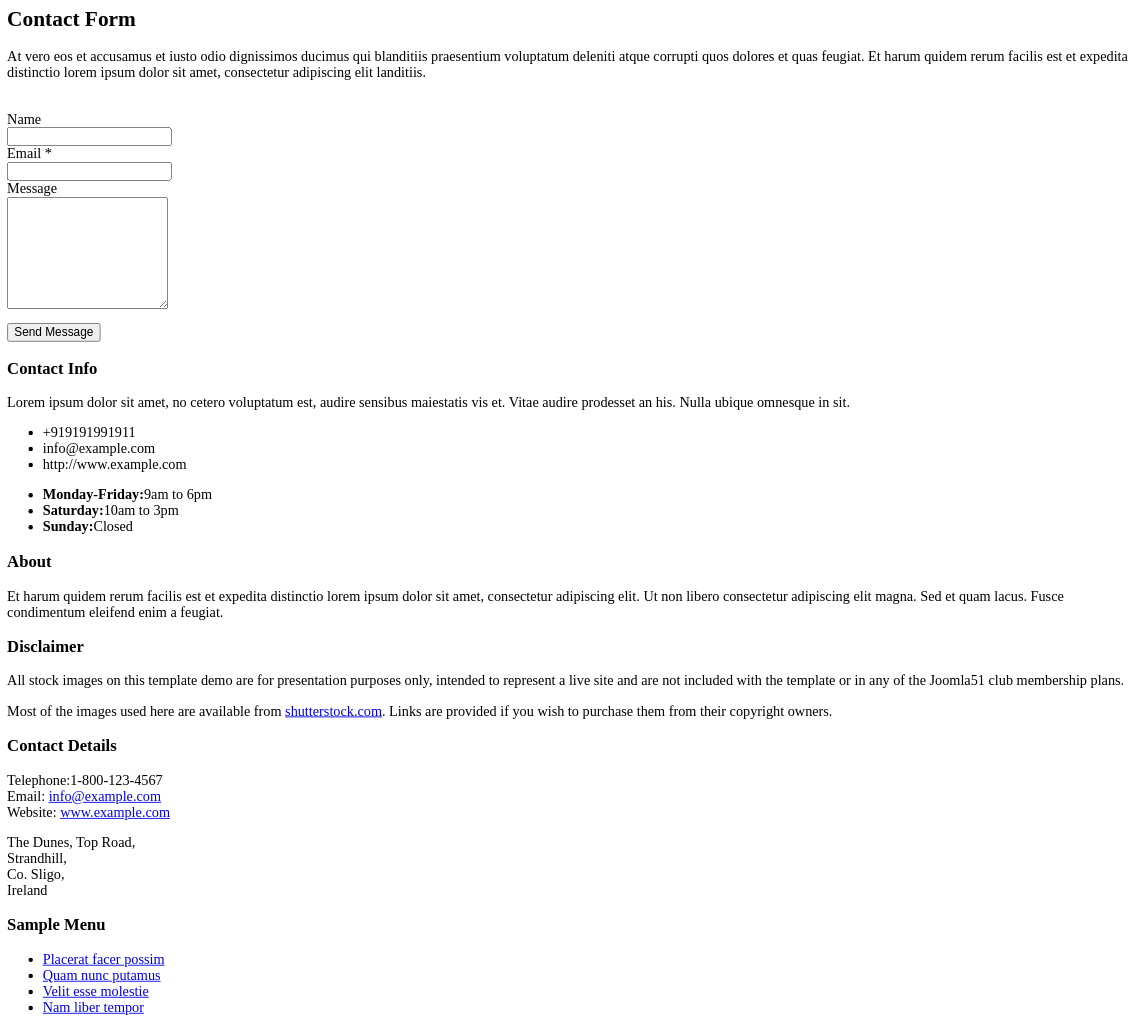
Repository: sanjeevkdp/workspace
Page: http://localhost/WebProject/WEB-INF/views/contact.jsp
The author's editor kept a copy of each file at every save. The page is drawn from the files as they stood at one save, then again after the next save.
The browser window is 1280 px wide. The pictures show the whole page, at 89% of full size.
The page is served by Tomcat 9. Nobody is signed in. The template is opened directly, without the code that normally fills it, so the values that code supplies are empty.

Above is the page before, as saved 2016-08-20 04:47:13.

After the next save:
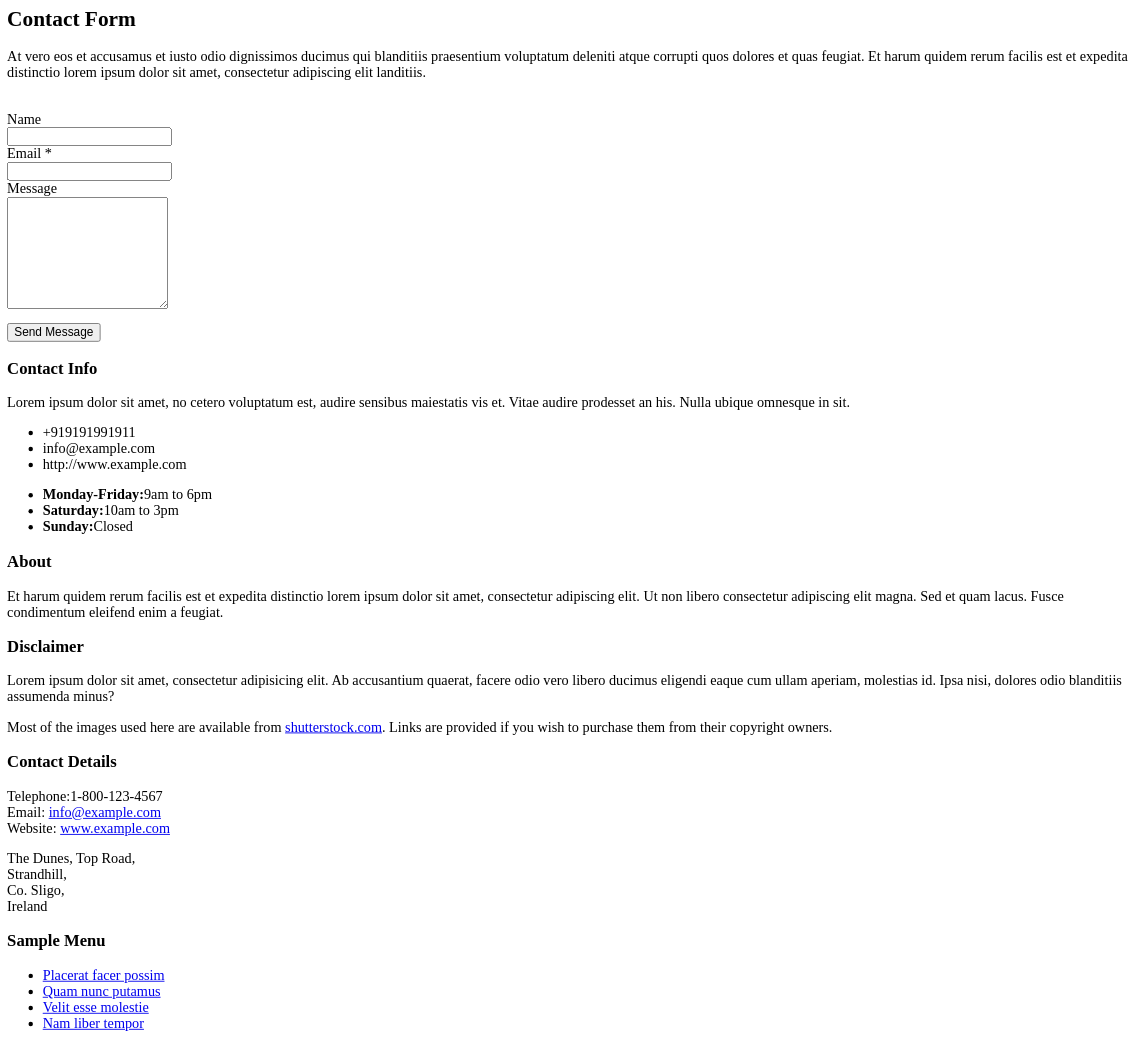
Saved 116 s later.
--- a/workspace/org.eclipse.wst.server.core/tmp0/wtpwebapps/WebProjectFrontEnd/META-INF/maven/com.niit/WebProject/src/main/webapp/WEB-INF/views/contact.jsp
+++ b/workspace/org.eclipse.wst.server.core/tmp0/wtpwebapps/WebProjectFrontEnd/META-INF/maven/com.niit/WebProject/src/main/webapp/WEB-INF/views/contact.jsp
@@ -95,8 +95,7 @@
                         <!-- Disclaimer -->
                         <div class="col-md-4">
                             <h3 class="class margin-bottom-10">Disclaimer</h3>
-                            <p>All stock images on this template demo are for presentation purposes only, intended to represent a live site and are not included with the template or in any of the Joomla51 club membership plans.</p>
-                            <p>Most of the images used here are available from
+                           Lorem ipsum dolor sit amet, consectetur adipisicing elit. Ab accusantium quaerat, facere odio vero libero ducimus eligendi eaque cum ullam aperiam, molestias id. Ipsa nisi, dolores odio blanditiis assumenda minus?</p>  <p>Most of the images used here are available from
                                 <a href="http://www.shutterstock.com/" target="_blank">shutterstock.com</a>. Links are provided if you wish to purchase them from their copyright owners.</p>
                         </div>
                         <!-- End Disclaimer -->
